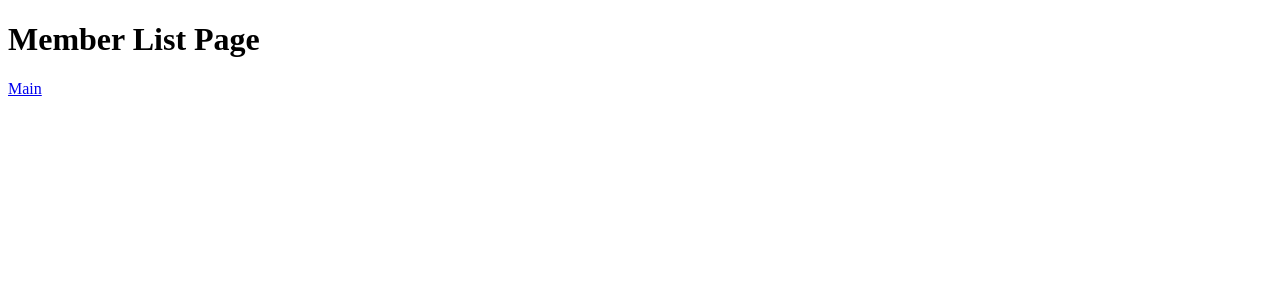
Repository: kurunai/jsp3
Page: http://localhost/jsp_project2/mem/list
An editor plug-in stored every save of this project. The page is shown before and after the next save, followed by the edit.
The browser window is 1280 px wide. The pictures show the whole page.
The page is served by Tomcat 9. Queries for data that is not in the repository find no rows.

Above is the page before, as saved 2022-08-29 06:20:57.

After the next save:
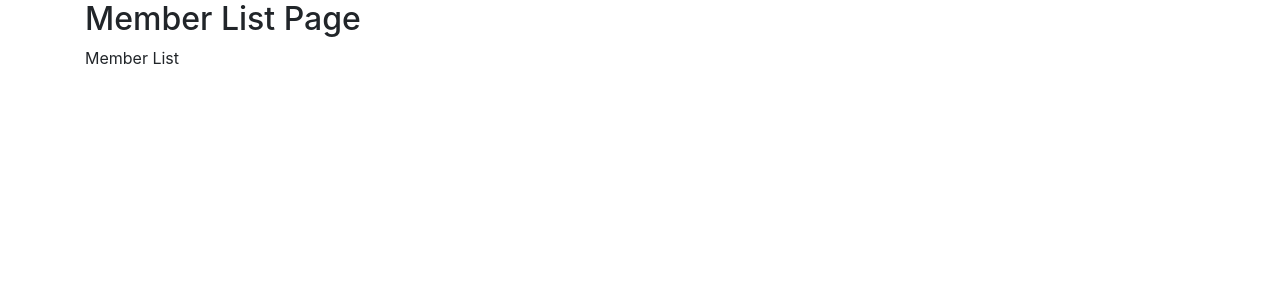
Saved 19 min 57 s later.
--- a/_jsp3_workspace/jsp_project2/src/main/webapp/member/list.jsp
+++ b/_jsp3_workspace/jsp_project2/src/main/webapp/member/list.jsp
@@ -2,6 +2,36 @@
     pageEncoding="UTF-8"%>
 <%@ taglib uri="http://java.sun.com/jsp/jstl/core" prefix="c"%>
 <!DOCTYPE html>
+<html lang="en">
+<head>
+  <title>Member Page</title>
+  <meta charset="utf-8">
+  <meta name="viewport" content="width=device-width, initial-scale=1">
+  <link rel="stylesheet" href="https://cdn.jsdelivr.net/npm/bootstrap@4.6.1/dist/css/bootstrap.min.css">
+  <script src="https://cdn.jsdelivr.net/npm/jquery@3.6.0/dist/jquery.slim.min.js"></script>
+  <script src="https://cdn.jsdelivr.net/npm/popper.js@1.16.1/dist/umd/popper.min.js"></script>
+  <script src="https://cdn.jsdelivr.net/npm/bootstrap@4.6.1/dist/js/bootstrap.bundle.min.js"></script>
+</head>
+<body>
+
+<div class="container">
+  <h2>Member List Page</h2>
+  <p>Member List</p>
+  <c:forEach items="${list }" var="mvo">
+  <ul class="list-group list-group-horizontal">
+    <li class="list-group-item">${mvo.reg_at }</li>
+    <li class="list-group-item">${mvo.last_login }</li>
+    <li class="list-group-item">${mvo.nick_name }</li>
+    <li class="list-group-item">(<a href="/mem/modify?email=${mvo.email }">${mvo.email }</a>)</li>
+  </ul>
+  </c:forEach>
+</div>
+
+</body>
+</html>
+
+
+<%-- <!DOCTYPE html>
 <html>
 <head>
 <meta charset="UTF-8">
@@ -21,4 +51,4 @@
 		</div>
 	</c:forEach>
 </body>
-</html>
+</html> --%>
